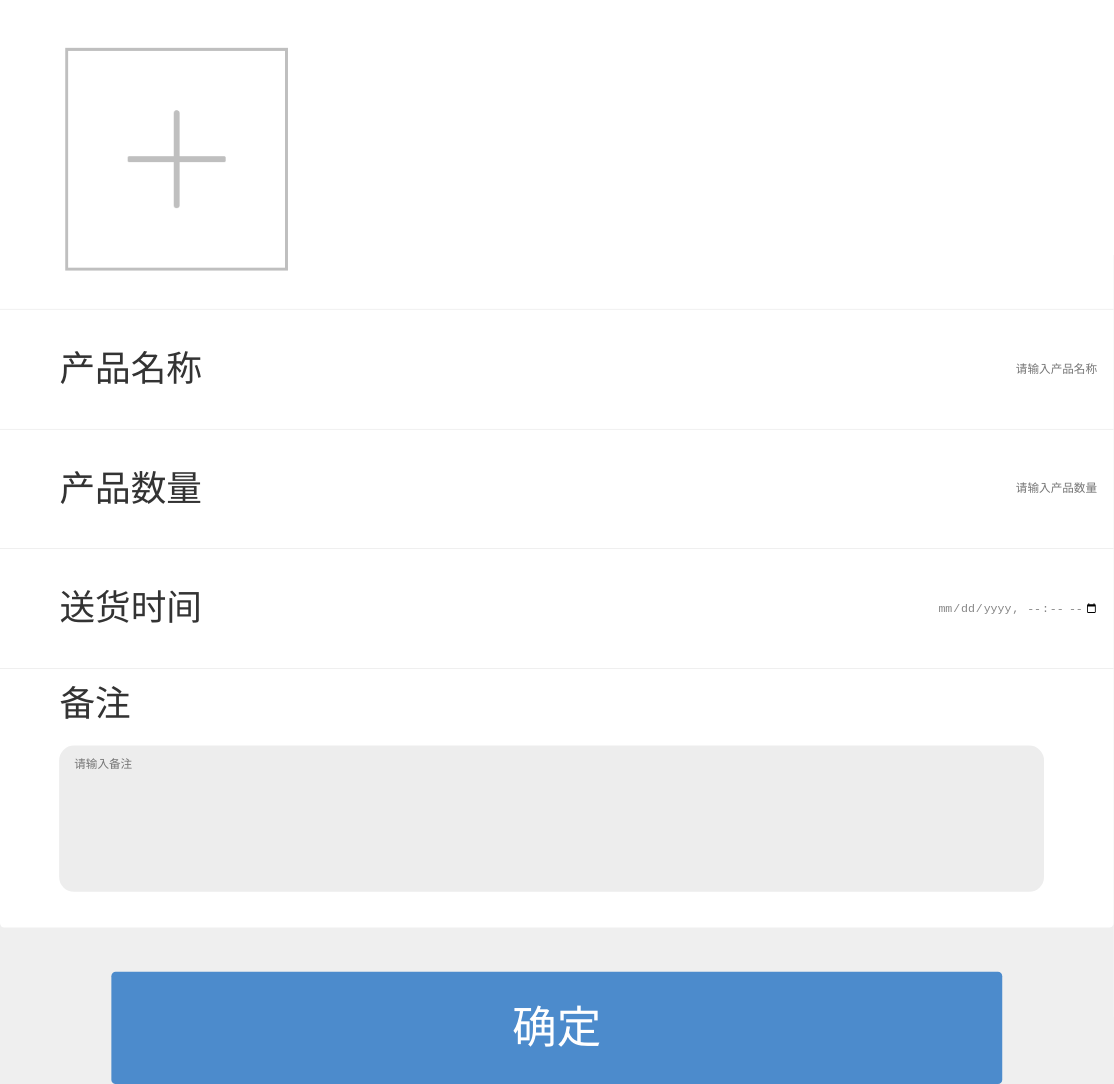
Repository: missing-star/produce
Page: Cbuyer.html
These files come from the project's save history. The page is drawn as it stood at one moment and after the next save; the edit follows.
The browser window is 1280 px wide. The pictures show the whole page, at 87% of full size.

Above is the page before, as saved 2019-05-20 15:16:18.

After the next save:
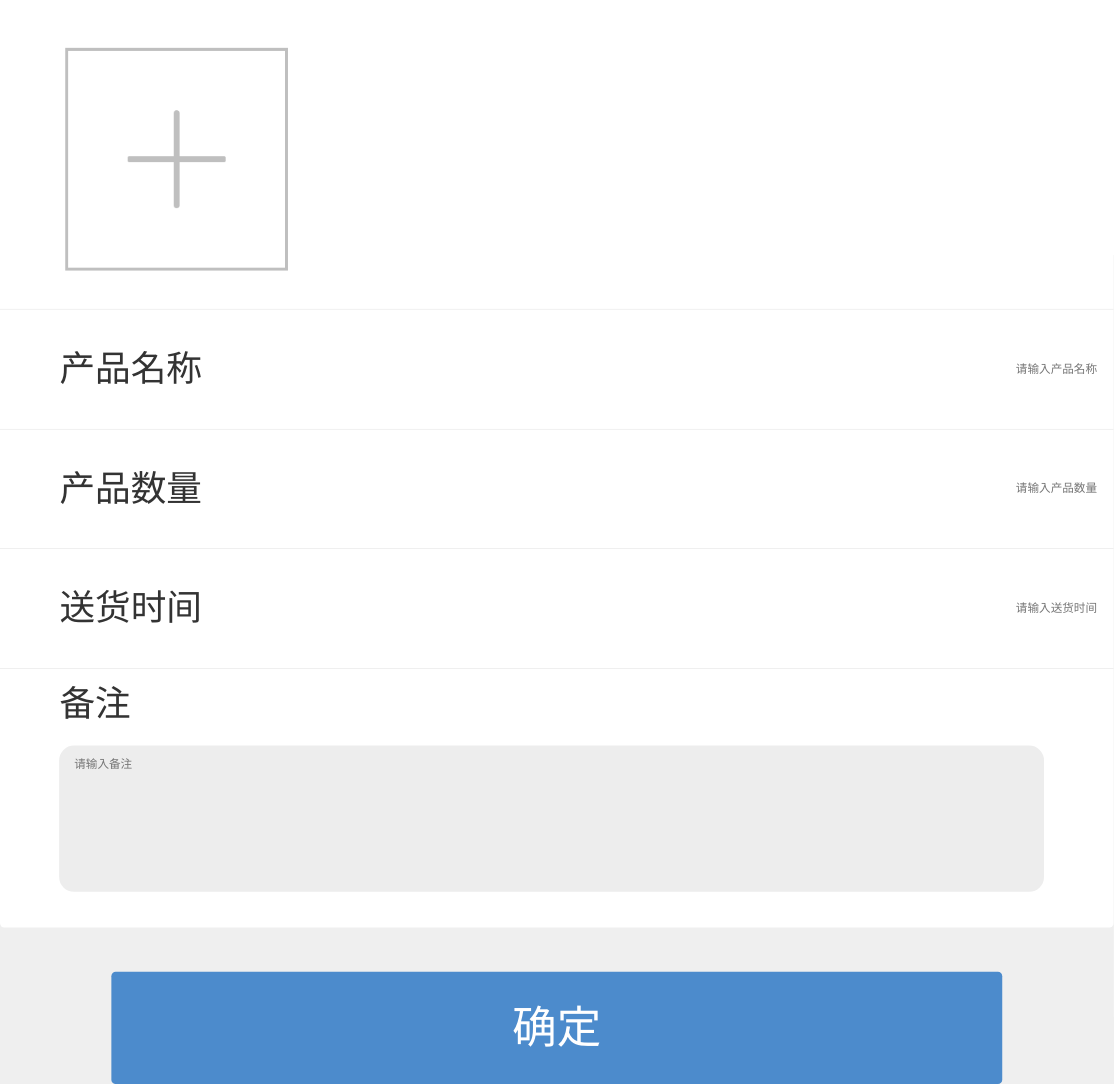
Saved 2 min 10 s later.
--- a/Cbuyer.html
+++ b/Cbuyer.html
@@ -46,7 +46,7 @@
                     <span>送货时间</span>
                     <div class="box">
                         <!-- <span>请输入产品数量</span> -->
-                        <input @input="formatDate($event)" type="datetime-local" placeholder="请输入送货时间" id="">
+                        <input @input="formatDate($event)" type="text" readonly placeholder="请输入送货时间" id="date-picker">
                         <!-- <img class="next" src="img/xia.png" alt=""> -->
                     </div>
                 </li>
